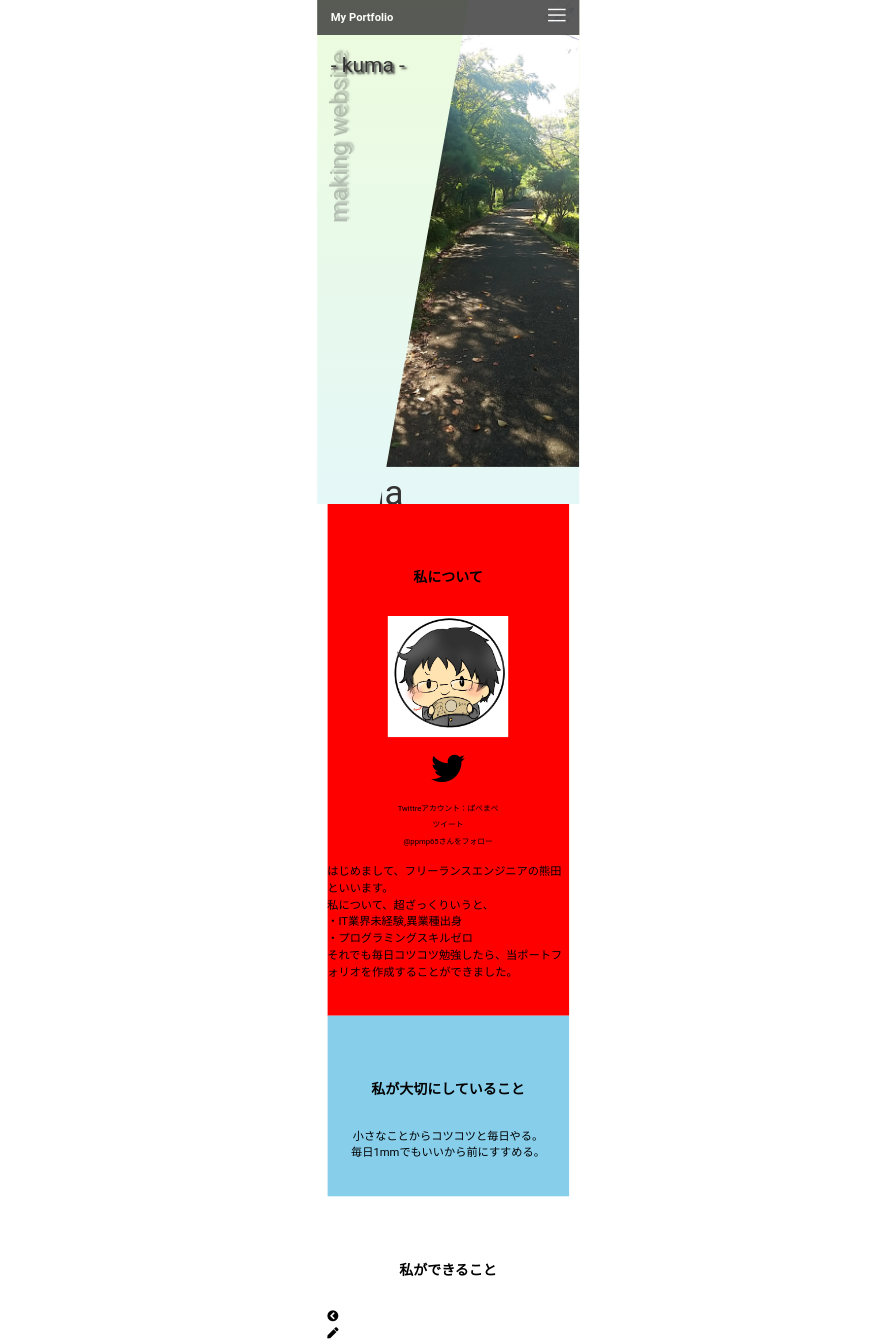
Repository: ppmp556/portfolio6
Page: index copy.html
These files come from the project's save history. The page is drawn as it stood at one moment and after the next save; the edit follows.
The browser window is 1280 px wide. The pictures show the part of the page from y = 0 to 1920 px (the page is 3189 px tall), at 70% of full size.
Some web libraries are served in a nearby version. The style sheet was rebuilt from its Sass, Less or Tailwind sources for each picture, by a compiler version that may differ from the author's.

Above is the page before, as saved 2020-10-12 22:55:54.
Console error: TypeError: Cannot read properties of null (reading 'addEventListener')

### index copy.html
<!DOCTYPE html>
<html ja>
  <head>
    <meta charset="utf-8" />
    <meta
      name="viewport"
      content="width=device-width, initial-scale=1.0, maximum-scale=1.0, minimum-scale=1.0"
    />
    <title>ポートフォリオ</title>
    <link rel="stylesheet" href="css/faundation.css" />
    <link rel="stylesheet" href="css/main.css" />
    <link
      href="https://use.fontawesome.com/releases/v5.6.1/css/all.css"
      rel="stylesheet"
    />
    <script src="https://ajax.googleapis.com/ajax/libs/jquery/3.4.1/jquery.min.js"></script>
  </head>

  <body>
    <div class="container">

      <div class="kv" id="kv">
        <div class="kv_container">
          <img src="images/道.jpg" alt="" class="kv_img">


          <!-- <img src="/images/3566338_s.jpg" alt="" class="kv_img"> -->
          <!-- <img src="/images/3566338_s.jpg" alt="" class="kv_img"> -->
          <!-- <img src="/images/3566338_s.jpg" alt="" class="kv_img"> -->
          <!-- <img src="/images/3566338_s.jpg" alt="" class="kv_img"> -->
          <p class="kv_ttl">kuma</p>
          <span class="kv_suv">making website</span>

          <div class="kv_wrapper line">
            <p class="kv_animetype">
                <!-- ポートフォリオ<span class="line_type">|</span> -->
            </p><!-- /.kv_animetype -->

          </div><!-- /.kv_wrapper -->
        </div><!-- /.kv_container -->
      </div>
      <!-- /#kv.kv -->

      <header class="header" id="top">
        <div class="header_inner flex">
          <h1 class="header_ttl"><a href="index.html">My Portfolio</a></h1>
          <!-- /.header_ttl -->

          <nav class="nav">
            <!-- ハンバーガーメニュー部分 -->

            <div class="nav_ham" id="nav_toggle">
              <span class="nav_line tg1"></span>
              <span class="nav_line tg2"></span>
              <span class="nav_line tg3"></span>
            </div>
            <!-- ハンバーガーメニューここまで -->

            <ul class="nav_list flex">
              <div class="nav_inner">
                <li class="nav_item">
                  <a href="#Top" class="nav_link">TOP</a>
                </li>
                <!-- /.nav_item -->
                <li class="nav_item">
                  <a href="#about" class="nav_link">Profile</a>
                </li>
                <!-- /.nav_item -->
                <li class="nav_item">
                  <a href="#skill" class="nav_link">Skill</a>
                </li>
                <!-- /.nav_item -->
                <li class="nav_item">
                  <a href="#blog" class="nav_link">Blog</a>
                </li>
                <!-- /.nav_item -->
                <li class="nav_item">
                  <a href="#create" class="nav_link">Create</a>
                </li>
                <!-- /.nav_item -->
              </div><!-- /.nav_inner -->
            </ul>
            <!-- /.nav_list -->
          </nav>
          <!-- /.nav -->
        </div><!-- /.header_inner -->
      </header>
      <!-- /.header -->



      <main class="main_container">
        <div class="inner">

          <section class="about" id="about">
            <h2 class="section_ttl">私について</h2>
            <!-- /.section_ttl -->

            <div class="section_inner">
              <div class="about_left">
                <div class="about_imgbox">
                  <img src="images/アイコン.jpg" alt="" class="about_img">
                  <div class="about_share">
                    <a href="" class="about_share_icon">
                      <i class="fab fa-twitter fa-3x share"></i>
                      <p class="about_sharetxt">Twittreアカウント：ぱぺまぺ</p>
                      <!-- /.about_sharetxt --> </a
                    ><!-- /.about_share_icon -->
                      <br>
                    <a
                      href="https://twitter.com/share"
                      class="twitter_share_button"
                      data-via="webgaku"
                      data-lang="ja"
                      >ツイート</a
                    >
                      <br>
                    <a
                      href="https://twitter.com/ppmp65"
                      class="twitter_follow_button"
                      data-show-count="false"
                      data-lang="ja"
                      >@ppmp65さんをフォロー</a
                    >
                  </div>
                  <!-- /.about_share -->
                </div>
                <!-- /.about_imgbox -->
              </div>
              <!-- /.about_left -->

              <div class="about_right">
                <p class="about_txt">
                  はじめまして、フリーランスエンジニアの熊田といいます。<br />
                  私について、超ざっくりいうと、<br />

                  ・IT業界未経験,異業種出身 <br />
                  ・プログラミングスキルゼロ<br />

                  それでも毎日コツコツ勉強したら、当ポートフォリオを作成することができました。
                </p>
                <!-- /.about_txt -->
              </div>
              <!-- /.about_right -->
            </div>
            <!-- /.section_inner -->
          </section>
          <!-- /#about.about -->

          <section class="policy" id="policy">
            <h2 class="section_ttl">私が大切にしていること</h2>
            <!-- /.section_ttl -->

            <div class="policy_animebox">
              <div class="policy_anime">
                <p class="policy_txt">
                  小さなことからコツコツと毎日やる。<br />
                  毎日1mmでもいいから前にすすめる。
                </p>
                <!-- /.policy_txt -->
              </div>
              <!-- /.policy_anime -->
            </div>
            <!-- /.policy_anime -->
          </section>
          <!-- /#policy.policy -->

          <section class="skill" id="skill">
            <div class="scroll_fade_row">
              <h2 class="section_ttl">私ができること</h2>
              <!-- /.section_ttl -->

              <div class="skill_box">
                <div class="skill_content">
                  <div class="slide_btn prev">
                    <i class="fas fa-chevron-circle-left"></i>
                  </div>
                  <!-- /.slide_btn -->

                  <div class="skill_inner">
                    <div class="skill_inbox slide active">
                      <i class="skillIcon fas fa-pen"></i>
                      <p class="skill_inboxttl">執筆</p>
                      <!-- /.skill_inboxttl -->
                      <p class="skill_txt">
                        文章を考えるのが好きです<br />
                        ブログ執筆で毎日1000～2000文字程度<br />
                        書いています。<br />
                        ブログは毎日1日1記事更新。
                      </p>
                      <!-- /.skill_txt -->
                    </div>
                    <!-- /.skill_inbox -->

                    <div class="skill_inbox slide active">
                      <i class="skillIcon fas fa-code"></i>
                      <p class="skill_inboxttl">コーディング</p>
                      <!-- /.skill_inboxttl -->
                      <p class="skill_txt">
                        独学とプログラミングスクール併用<br />
                        全くの知識ゼロから始めました。<br />
                      </p>
                      <!-- /.skill_txt -->
                    </div>
                    <!-- /.skill_inbox -->

                    <div class="skill_inbox slide active">
                      <i class="skillIcon fas fa-pen"></i>
                      <p class="skill_inboxttl">執筆</p>
                      <!-- /.skill_inboxttl -->
                      <p class="skill_txt">
                        文章を考えるのが好きです<br />
                        ブログ執筆で毎日1000～2000文字程度<br />
                        書いています。<br />
                        ブログは毎日1日1記事更新。
                      </p>
                      <!-- /.skill_txt -->
                    </div>
                    <!-- /.skill_inbox -->

                    <div class="skill_inbox slide active">
                      <i class="skillIcon fas fa-cog"></i>
                      <p class="skill_inboxttl">執筆</p>
                      <!-- /.skill_inboxttl -->
                      <p class="skill_txt">
                        文章を考えるのが好きです<br />
                        ブログ執筆で毎日1000～2000文字程度<br />
                        書いています。<br />
                        ブログは毎日1日1記事更新。
                      </p>
                      <!-- /.skill_txt -->
                    </div>
                    <!-- /.skill_inbox -->
                  </div>
                  <!-- /.skill_inner -->
                </div>
                <!-- /.skill_content -->
              </div>
              <!-- /.skill_box -->
            </div>
            <!-- /.scroll_fade_row -->
          </section>
          <!-- /#skill.skill -->

          <section class="blog" id="blog">
            <div class="scroll_fade_row">
              <h2 class="section_ttl">ブログ</h2>
              <!-- /.section_ttl -->

              <div class="section_inner">
                <h3 class="blog_txt">ぱぺまぺの低年収者のための資産運用計画</h3>
                <!-- /.blog_txt -->

                <div class="blog_imgbox">
                  <a href="https://ppmp556.com"
                    >https://ppmp556.com
                    <img
                      class="blogImg"
                      src="images/invest01.png"
                      alt="ブログ1"
                    />
                  </a>
                </div>
                <!-- /.blog_imgbox -->
                <div class="blog_txtbox">
                  <p class="blog_txt">
                    投資ブログです。<br />
                    資金が少なくてもできる投資や、<br />
                    初心者向けの投資、投資についての考え方や<br />
                    ヒントなどを発信しています。（1日1記事更新）
                  </p>
                  <!-- /.blog_txt -->
                </div>
                <!-- /.blog_txtbox -->
              </div>
              <!-- /.section_inner -->
            </div>
            <!-- /.scroll_fade_row -->
          </section>
          <!-- /#blog.blog -->

          <section class="create" id="create">
            <div class="scroll_fade_row">
              <h2 class="section_ttl">制作物</h2>
              <!-- /.section_ttl -->
              <div class="section_inner">
                <div class="create_imgbox">
                  <p class="create_ttl">ポートフォリオ<br />（このサイト）</p>
                  <!-- /.create_ttl -->

                  <!-- アコーディオンメニュー実装する -->
                </div>
                <!-- /.create_imgbox -->
              </div>
              <!-- /.section_inner -->
            </div>
            <!-- /.scroll_fade_row -->
          </section>
          <!-- /#create.create -->
        </div>
        <!-- /.inner -->
      </main>

      <footer class="footer">
        <ul class="footer_list">
          <li class="footer_nav">
            <a href="" class="footer_link"></a>
          </li>
          <!-- /.footer_nav -->
          <li class="footer_nav">
            <a href="" class="footer_link"></a>
          </li>
          <!-- /.footer_nav -->
          <li class="footer_nav">
            <a href="" class="footer_link"></a>
          </li>
          <!-- /.footer_nav -->
          <li class="footer_nav">
            <a href="" class="footer_link"></a>
          </li>
          <!-- /.footer_nav -->
          <li class="footer_nav">
            <a href="" class="footer_link"></a>
          </li>
          <!-- /.footer_nav -->
        </ul>
        <!-- /.footer_list -->

        <div class="footer_copy">
          <small class="footer_txt">@ copyright</small
          ><!-- /.footer_txt -->
        </div>
        <!-- /.footer_copy -->
      </footer>
      <!-- /.footer -->
    </div>
    <!-- /.container -->

    <!-- <btn id="page-top"><a href="#top">PAGE TOP</a></btn> -->
    <script src="https://code.jquery.com/jquery-3.4.1.js"></script>
    <script src="main.js"></script>
  </body>
</html>

### css/main.scss
@charset 'utf-8';

/****************************************:

全体のスタイル

*****************************************:*/


$cWhite: #ffffff;
$cOcher: #c1a250;
$cBlack: #333;
$cGray: rgb(139, 137, 137);
$cBgColor: #eaebed;


$widthPc: 1024px;
$widthTab: 764px;
$widthSp: 480px;

@mixin fontsize($cFontSz: 3.6rem) {
    font-size: $cFontSz;
    color: $cWhite;
}





@mixin pc {
    @media screen and (min-width: $widthPc) {
        @content;
    }
}


@mixin tab {
    @media screen and (min-width: $widthTab) and (max-width: $widthPc) {
        @content;
    }
}



html {
    // ルートのフォントサイズ 10pxに設定
    font-size: 62.5%;
}

body {
    // デフォルトのフォントサイズ 16pxと同等のサイズに設定
    font-size: 1.6em;
    font-size: 16px;
    width: 375px;
    margin: 0 auto;
    font-family: "Roboto", sans-serif, "Noto Sans";
}


* {
    box-sizing: border-box;
}


.overall {
    font-family: "Yu Gothic", YuGothic, "Hiragino Kaku Gothic Pro", "YuGothic",
        "Meiryo", verdana, "Osaka", "MS PGothic", Sans-Serif, "Yu Mincho",
        YuMincho, "MS P Mincho", serif;

    background-color: $cBgColor;
}

.container {
    width: 100%;
    margin: 0 auto;
    // color: $cWhite;
    position: relative;
    overflow: hidden;
}



.mock {
    /* モック画像 */
    position: absolute;
    top: 0;
    left: 0;
    right: 0;
    margin: 0 auto;
    width: 375px;
    opacity: 0.3;

    /* 反転 */
    filter: hue-rotate(180deg);

    /* テキストを掴まないように */
    pointer-events: none;

    z-index: 999;
}



.flex {
    display: flex;
    justify-content: space-between;
}

.inner {
    margin: 0 auto;
    padding: 0 15px;
}

.section_ttl {
    display: block;
    text-align: center;
    margin: 40px 0;
    font-size: 2rem;
}

/****************************************:

kv

*****************************************:*/

.kv {
    position: relative;
    // background-color: red;
    background: linear-gradient(rgba(231, 251, 210, 0.762), rgba(202, 240, 240, 0.5));

    &_container {
        height: 100vh;

        clip-path: polygon(58% 0, 100% 0, 100% 100%, 24% 100%);



    }

    &::before {
        content: '- kuma -';

        position: absolute;
        top: 70px;
        left: 20px;
        font-size: 3rem;
        color: $cBlack;
        text-shadow: 3px 3px 3px $cBlack;
    }

    &::after {
        content: 'making website';
        position: absolute;
        top: 170px;
        left: -90px;
        font-size: 3.5rem;
        transform: rotate(-90deg);
        color: $cBlack;
        text-shadow: 3px 3px 3px $cBlack;
        opacity: .3;
    }

    &_ttl {
        color: $cBlack;
        font-size: 5rem;
    }


    &_img {
        width: 100%;
        // height: 100%;
        display: block;

    }

    &_wrapper {
        position: absolute;
        top: 50%;
        left: 50%;
        transform: translate(-50%, -50%);
    }

    &_animetype {
        color: $cWhite;
    }


}


/****************************************:
タイプアニメーション
*****************************************:*/


.line {
    // position: relative;
    top: 50%;
    width: 24em;
    text-align: center;
    margin: 0 auto;
    font-size: 100%;
    white-space: nowrap;
    overflow: hidden;
    animation: type 2.5s steps(80, end);
    animation: typewriter 4s steps(60) 1s 1 normal both,
    /* normal:標準の方向で実行、both:forwardsとbackwardsの両方の規定に従う */
    blinkTextCursor 500ms steps(60) infinite normal;

    &_type {
        font-size: 25px;
        animation: blink 1s infinite;
        /* blink:点滅、infinite:無限に繰り返す */
    }
}



@keyframes type {
    from { width: 0; }
    to   {width: 100%; }
}


@keyframes blink {
    to{opacity: .0;}
}


@keyframes typewriter {
    from { width: 0; }
    to { width: 24em; }
}

@keyframes blinkTextCursor{/*点滅するカーソルのアニメーション*/
    from { border-right-color: $cWhite; }
    to { border-right-color: transparent; }
}





/****************************************:

policy

*****************************************:*/

.policy {
    padding: 50px 0;
    background-color: skyblue;
    margin: 0 auto;

    &_txt {
        text-align: center;

    }
}









/****************************************:

skill

*****************************************:*/


.skill {
    padding: 50px 0;
}














/****************************************:

header

*****************************************:*/

.header {
    position: absolute;
    top: 0;
    left: 0;
    width: 100%;
    background-color: $cBlack;
    opacity: 0.8;
    padding: 0 20px;
    line-height: 50px;
    color: $cWhite;
    z-index: 99;

    &.clicked {
        background-color: transparent;
    }

    &_inner.clicked {
        width: 85%;
        padding: 0 20px;
        margin-left: 35%;
        background-color: red;
        transition: .3s;
    }
}









/****************************************:

nav

*****************************************:*/

.nav {
    position: relative;



    &_list {
        position: absolute;
        right: -1000px;
        // right: -5vw;
        display: flex;
        flex-direction: column;

        &.clicked {
            right: -5vw;
            transition: .6s;
        }
    }

    &_inner {
        background-color: red;
        height: 88.9vh;
        width: 60.1vw;
        margin-top: 17%;

    }

    // ハンバーガーメニュー
    &_ham {
        cursor: pointer;
        position: absolute;
        top: 50%;
        right: 0;
        transform: translateY(-50%);
        // background-color: #ffffff;
        width: 25px;
        height: 25px;
        z-index: 100;

        &.clicked {
            right: 40px;
        }
    }

    &_line {
        position: absolute;
        width: 100%;
        height: 2px;
        background-color: $cWhite;

        &:nth-child(1) {
            top: 0px;
            // left: -5px;

        }

        &:nth-child(2) {
            top: 8px;
            // left: 5px;
        }

        &:nth-child(3) {
            top: 16px;
            /* left: -5px; */
        }

        &.clicked:nth-child(1) {
            transform: translateY(12px) rotate(-315deg);
            transition: .5s;

        }
        &.clicked:nth-child(2) {
            left: 0;
            transition: .9s;
            opacity: 0;

        }
        &.clicked:nth-child(3) {
            transform: translateY(-4px) rotate(315deg);
            transition: .5s;

        }




    }

    &_item {
        text-align: center;
    }


}




/****************************************:

about

*****************************************:*/

.about {
    padding: 50px 0;
    background-color: red;

    &_imgbox {
        width: 50%;
        margin: 0 auto;
    }

    &_img {
        display: block;
        width: 100%;
        height: 100%;
    }

    &_share {
        text-align: center;

        &_icon {
            width: 100%;
        }
    }
    &_sharetxt {
        display: inline-block;
        font-size: 1.1rem;
    }

    &_left {
        margin: 20px 0;
    }
}

.share {
    padding: 20px 0;

    &:hover {
        margin-bottom: 5px;
    }
}

.twitter {

    &_share_button {
        font-size: 1.1rem;
    }

    &_follow_button {
        font-size: 1.1rem;
    }
}

.fa-twitter {
    font-size: 2rem;
}

Loaded but not shown: main.js (197 lines, source omitted); css/faundation.css (133 lines, source omitted)

After the next save:
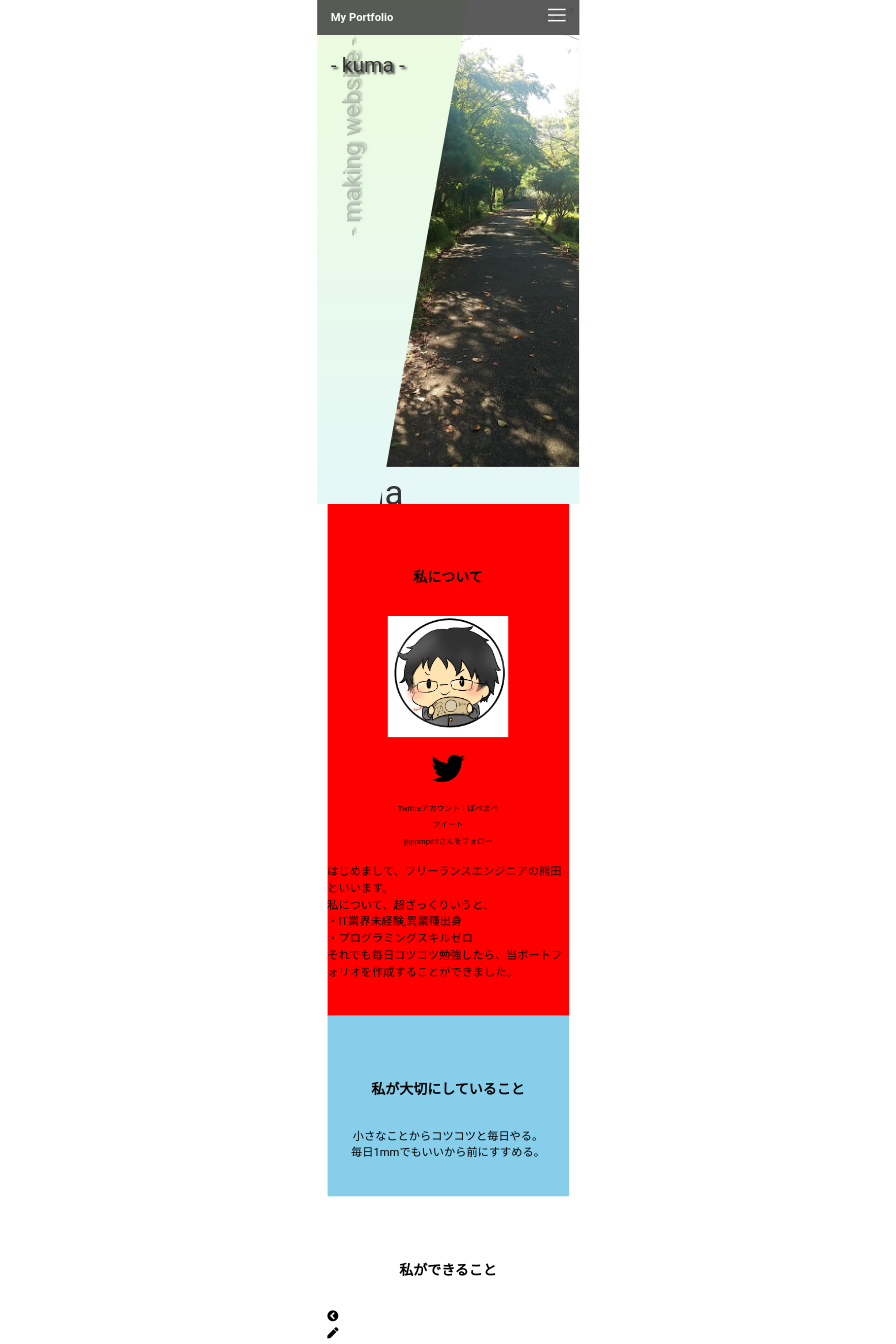
Saved 18 s later.
--- a/css/main.scss
+++ b/css/main.scss
@@ -150,7 +150,7 @@
     }
 
     &::after {
-        content: 'making website';
+        content: '- making website - ';
         position: absolute;
         top: 170px;
         left: -90px;

After the 2 saves that followed:
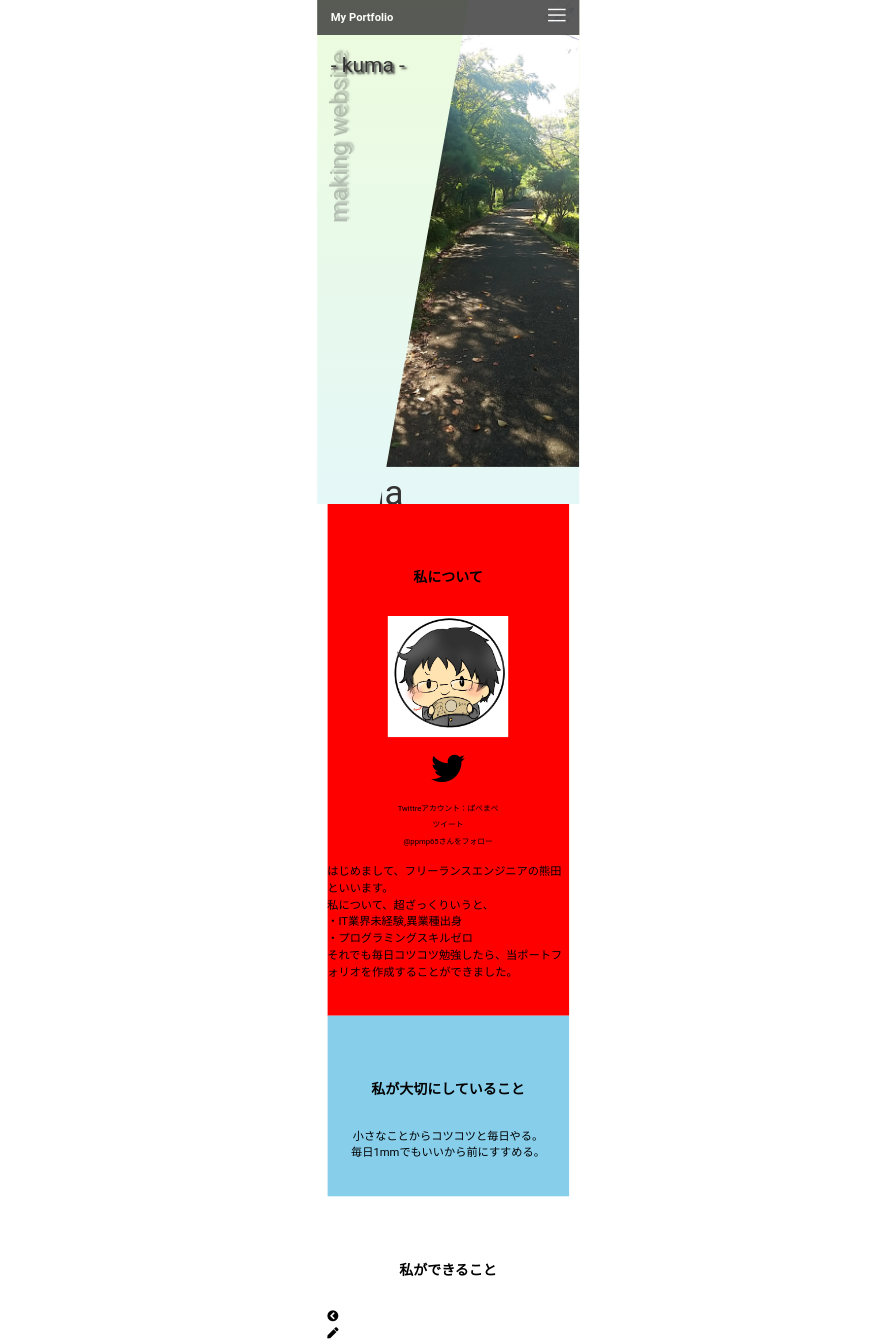
The 2 saves are shown as one change because 1 left the picture as it was.
The last was saved 21 s later.
--- a/css/main.scss
+++ b/css/main.scss
@@ -150,7 +150,7 @@
     }
 
     &::after {
-        content: '- making website - ';
+        content: 'making website';
         position: absolute;
         top: 170px;
         left: -90px;
